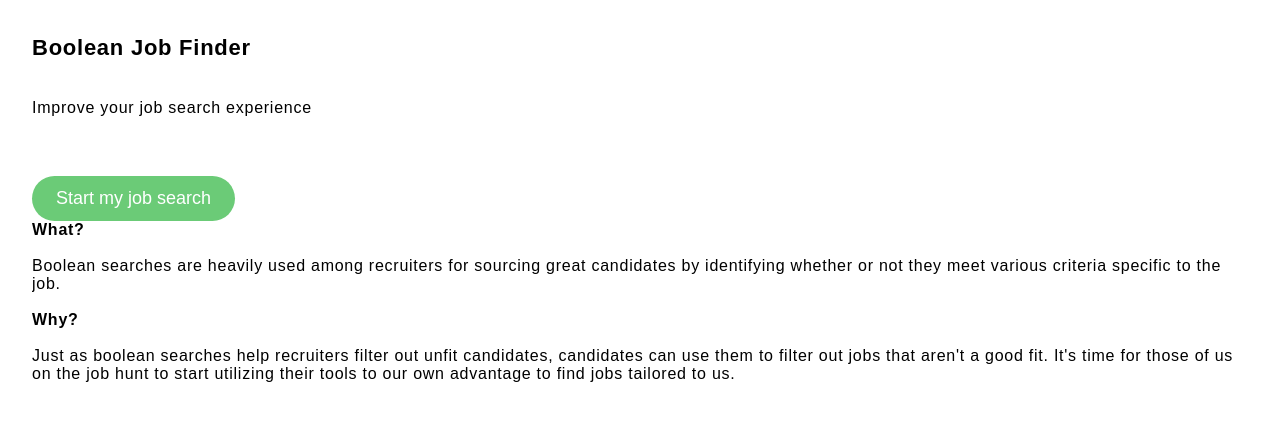
Repository: Rthompson2548/boolean-job-searcher
Page: /
An editor plug-in stored every save of this project. The page is shown before and after the next save, followed by the edit.
The browser window is 1280 px wide. The pictures show the whole page.
The project was rebuilt for these pictures with package versions that can differ from the ones it lists, and the page was loaded fresh each time.

Above is the page before, as saved 2022-04-05 14:37:07.

### public/index.html
<!DOCTYPE html>
<html lang="en">
  <head>
    <meta charset="utf-8" />
    <link rel="icon" href="%PUBLIC_URL%/favicon.ico" />
    <meta name="viewport" content="width=device-width, initial-scale=1" />
    <meta name="theme-color" content="#000000" />
    <meta
      name="description"
      content="Web site created using create-react-app"
    />
    <link rel="preconnect" href="https://fonts.googleapis.com">
    <link rel="preconnect" href="https://fonts.gstatic.com" crossorigin>
    <link href="https://fonts.googleapis.com/css2?family=Inconsolata&family=League+Spartan&display=swap" rel="stylesheet">

    <title>React App</title>
  </head>
  <body>
    <noscript>You need to enable JavaScript to run this app.</noscript>
    <div id="root"></div>
    <!--
      This HTML file is a template.
      If you open it directly in the browser, you will see an empty page.

      You can add webfonts, meta tags, or analytics to this file.
      The build step will place the bundled scripts into the <body> tag.

      To begin the development, run `npm start` or `yarn start`.
      To create a production bundle, use `npm run build` or `yarn build`.
    -->
  </body>
</html>

### src/App.js
import "./styles.css";
// import { CopyToClipboard } from "react-copy-to-clipboard";
import React, { useState, useEffect, useRef } from "react";



export default function App() {
  let searchCategories = [
    "Experience",
    "Location",
    "Tech Stack",
    "Title",
    "Technologies",
    "Company"
  ];

let defaultCategories = [
  {
    id: 1,
    name: "Experience",
    placeholders: ["Junior", "Entry", "Grad", "Student"]
  },
  {
    id: 2,
    name: "Location",
    placeholders: ["Junior", "Entry", "Grad", "Student"]
  },
  {
    id: 3,
    name: "End",
    placeholders: ["Junior", "Entry", "Grad", "Student"]
  },
  {
    id: 4,
    name: "Title",
    placeholders: ["Junior", "Entry", "Grad", "Student"]
  },
  {
    id: 5,
    name: "Technologies",
    placeholders: ["Junior", "Entry", "Grad", "Student"]
  },
  {
    id: 6,
    name: "Company Name",
    placeholders: ["Junior", "Entry", "Grad", "Student"]
  }
];


const [copyString, setCopyString] = useState("");
const [addCategory, setAddCategory] = useState(false);
const [addCategoryBtnText, setAddCategoryBtnText] = useState(
"Start my job search"
)
const [category, setCategory] = useState("");
const [categoryChosen, setCategoryChosen] = useState(false);
const [categoryOptions, setCategoryOptions] = useState(false);
const [showCategoryForm, setShowCategoryForm] = useState(false);
const [showNewCategoryButton, setShowNewCategoryButton] = useState(true);
const [showName, setShowName] = useState(false);
const [showForm, setShowForm] = useState(false);
const [showAddWordBtn, setShowAddWordBtn] = useState(false)
const [word, setWord] = useState("");
const [list, setList] = useState([]);
const [show, setShow] = useState(false);
const [finishBtn, setFinishBtn] = useState(false);
const [finished, setFinished] = useState(false);
const [result, setResult] = useState([]);
const [doneWarning, setDoneWarning] = useState(false);
const [goodbyeMessage, setGoodbyeMessage] = useState(false);


const handleNewCategory = () => {
  setCategory("");
  setAddCategoryBtnText("Add a category");
  setShowNewCategoryButton(false);
  setFinishBtn(false);
  setCategoryOptions(true);
  setCategoryChosen(false);
};



const handleCustomCategory = () => {
  setShowCategoryForm(true);
  setCategoryOptions(false);
};


const handleCategoryNameChange = event => {
  setCategory(event.target.value);
};

const submitCategory = () => {
  setAddCategory(false);
  setShowName(true);
  setShowNewCategoryButton(false);
  setShowAddWordBtn(true);
  setShowForm(true);
  setShowCategoryForm(false);
};


const handleAddWord = () => {
  setShowForm(true);
  setCategoryOptions(false);
  setCategoryChosen(true);
};


const handleCategoryClick = event => {
  setCategory(event.target.value);
  setCategoryChosen(true);
};


const handleWordChange = event => {
  setWord(event.target.value);
};


  const [noLetters, setNoLetters] = useState(false);

  const submitAsteriskWord = () => {
    if (word.length <= 1) {
      setNoLetters(true);
    } else {
      setList((prevList) => [...prevList, `"${word}*"`]);
      setWord("");
      setShow(true);
      console.log(word);
    }
  };

  const submitWord = () => {
    if (word.length <= 1) {
      setNoLetters(true);
    } else {
      setList((prevList) => [...prevList, `"${word}"`]);
      setWord("");
      setShow(true);
      console.log(word);
    }
  };

  useEffect(() => {
    setCategory(category);
  }, [category]);

  let booleanString = `(${list.join(" OR ")})`;

  const handleSubmitCategoryWords = () => {
    setShowNewCategoryButton(true);
    setShow(false);
    setShowName(false);
    setShowForm(false);
    setFinishBtn(true);
    setResult((previousResult) => [...previousResult, booleanString]);
    console.log(result.join(" AND "));
    console.log(`list: ${list}`);
    setList([]);
    console.log(`list: ${list}`);
    setCopyString(result.join(" AND "));
  };

  const handleGenerateString = () => {
    setFinished(true);
    setFinishBtn(false);
    setShowNewCategoryButton(false);
    setDoneWarning(false);
    // setGoodbyeMessage(true);
  };

const handleDone = () => {
  setDoneWarning(true);
  setFinished(false);
};


const handleConfirmFinished = () => {
  setDoneWarning(false);
  setGoodbyeMessage(true);
  setShow(false);
  setFinished(false);
};



  return (
    <div className="App">
      <div className="header">
        <h1 className="app-title">Boolean Job Finder</h1>
        <p>Improve your job search experience</p>
        <button className="start-btn" onClick={handleNewCategory}>
          {addCategoryBtnText}
        </button>

      </div>
      <div>
    </div>


      {categoryOptions === true && (
        <div>
          <div>
<p className="pick-a-category-txt">Click a category below to start</p>


            {/* iterates through array of category names and returns a button for each */}
            <div className="category-btns">
              {searchCategories.map((value, i) => (
                <button
                  id="category-btn"
                  className="category-btn"
                  key={i}
                  value={searchCategories[i]}
                  onClick={handleCategoryClick}
                >
                  {value}
                </button>
              ))}

            </div>

{
  categoryChosen === true && (
    <button className="continue-btn" onClick={handleAddWord}>
      Continue
    </button>
  )
}
          </div>
        </div>
      )}

{
  showCategoryForm === true && (
    <div>
      <label>Enter a custom category name</label>
      <input
        placeholder="Enter category name"
        onChange={handleCategoryNameChange}
        value={category}
      />

<button onClick={submitCategory}>Submit</button>;

    </div>
  )
}

      {showForm === true && (
        <div className="keyword-form">
          <h1>{category}</h1>

          <div className="keyword-form-info">
            <div>
              <label>Enter 1 or more keywords</label>
            </div>
            <input
              placeholder="Enter two or more letters..."
              value={word}
              onChange={handleWordChange}
            />
          </div>

          <div className="keyword-btns">
            <button onClick={submitWord}>Include exact keyword</button>
            <button onClick={submitAsteriskWord}>
              Include similar keywords
            </button>

          </div>


        </div>
      )}

      {show === true && (
        <div className="keyword-string">
          <h4>{booleanString}</h4>
        </div>
      )}

      {showForm === true && (
        <div>
          <button className="continue-btn" onClick={handleSubmitCategoryWords}>
            Continue
          </button>
        </div>
      )}

      {showNewCategoryButton === true && (
        // <div className="what-why">
        <div className="what-why-info">
          {/* <hr /> */}
              <h4>What?</h4>
              <p>
                Boolean searches are heavily used among recruiters for sourcing great
                candidates by identifying whether or not they meet various criteria specific
                to the job.
              </p>
              <h4>Why?</h4>
              <p>
                Just as boolean searches help recruiters filter out unfit candidates, candidates can use them to filter out jobs that aren't a good fit. It's time for those of us on the job hunt to start utilizing their tools to our own advantage to find jobs tailored to us.
          </p>

          {/* <hr /> */}
        </div>



        // </div>
      )}


      {finishBtn === true && (
        <div>
          <button className="done-btn" onClick={handleGenerateString}>
            Submit
          </button>
        </div>
      )}

      {finished === true && (
        <div className="boolean-string">
          <p value={copyString}>{result.join(" AND ")}</p>
          <button className="done-btn" onClick={handleDone}>
            Done
          </button>
        </div>
      )}

      {doneWarning === true && (
        <div className="boolean-string">
          <p>Are you sure? This cannot be undone</p>
          <button className="done-btn" onClick={handleConfirmFinished}>
            Yes, I am done
          </button>
        </div>
      )}

      {goodbyeMessage === true && (
        <div className="goodye-msg boolean-string">
<p>Goodbye!</p>;

          <button
            className="start-btn"
            onClick={() => window.location.reload(false)}
          >
            Home
          </button>
        </div>
      )}
    </div>
  );
}

### src/styles.css
* {
  margin: 0;
  padding: 0;
  /* background-color: #fff; */
  /* color: #000; */
  /* padding: 18px 0; */
}

.App {
  font-family: sans-serif;
  /* text-align: center; */
  padding: 0 32px;
  letter-spacing: 0.75px;
}

.header {
  line-height: 2rem;
  letter-spacing: 0.75px;
  padding: 32px 0 0 0;
}

img {
  width: 250px;
  height: auto;
}

button {
  /* width: 300px; */
  border-radius: 25px;
  background-color: #fff;
  color: #000;
  border: none;
  /* margin: 18px 0 0 0; */
  font-size: 18px;
}

.app-title {
  margin-bottom: 28px;
  font-size: 22px;
}

h3 {
  font-size: 22px;
}

.what-why-info {
  overflow: hidden;
  /* padding: 42px; */
}

.what-why-info p {
  margin: 18px 0 !important;
  text-align: left !important;
}

hr {
  margin-bottom: 20px;
}
.start-btn {
  background-color: #6bcb77 !important;
  color: #fff;
  font-size: 18px;
  vertical-align: middle;
  padding: 12px 24px;
  margin-top: 52px;
}

.pick-a-category-txt {
  font-size: 18px;
  margin-bottom: 12px;
}

input {
  background-color: #fff;
  font-size: 18px;
  color: #000;
  width: 260px;
  border: 1.5px solid black;
  border-radius: 25px;
}

label {
  font-size: 20px;
}

.category-btns {
  /* center the element */
  right: 0;
  left: 0;
  margin-right: auto;
  margin-left: auto;
  display: flex;
  flex-direction: column;
  align-items: center;
}

.category-btns button {
  background-color: #ff6b6b;
  color: #fff;
  padding: 12px 42px;
  width: 300px;
}

.category-buttons button:active,
button:focus {
  /* color: #fff !important;
  background-color: #FFD93D !important; */
}

.category-buttons button:visited:after {
  color: #fff !important;
  background-color: #000 !important;
}

.continue-btn {
  background-color: #4d96ff;
  color: #fff;
}

.keyword-form-info {
  margin-top: 24px;
}

.keyword-form-info input {
  padding: 10px 24px 10px 10px;
  margin-top: 16px;
}

.keyword-btns {
  display: flex;
  flex-direction: column;
  align-items: center;
  margin: 10px 0 24px 0;
}

.keyword-btns button {
  background-color: #ff6b6b;
  color: #fff;
  font-size: 18px;
}

.keyword-string {
  padding: 20px;
  font-size: 20px;
  line-height: 2rem;
}

.goodye-msg {
  /* padding-top: 25%; */
  font-size: 42px !important;
}

.goodye-msg button {
  /* background-color: #4D96FF !important; */
  /* vertical-align: middle !important; */
}

.boolean-string {
  font-size: 32px;
  font-weight: bold;
  padding-top: 10%;
}


.boolean-string button {
  background-color: #fa58bc;
  color: #fff;
}

.done-btn {
  background-color: #4d96ff !important;
  color: #fff;
  font-size: 22px;
  vertical-align: middle;
  width: 400px;
  padding: 20px 0;
  margin-top: 36px;
}

.home-btn {
  background-color: #6bcb77 !important;
}

Loaded but not shown: src/index.js (common file); src/index.css (no stored copy; drawn as an empty file)

After the next save:
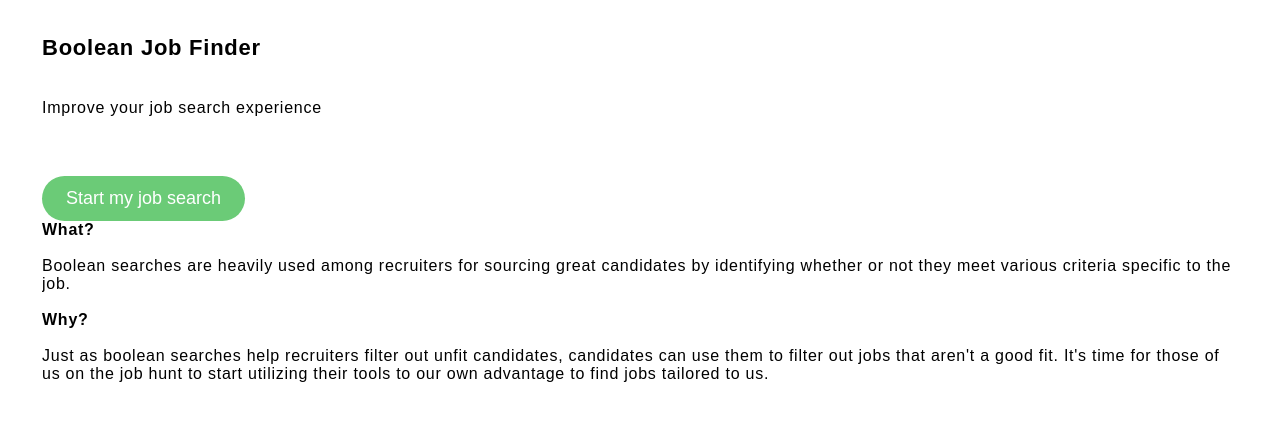
Saved 4 s later.
--- a/src/styles.css
+++ b/src/styles.css
@@ -9,7 +9,7 @@
 .App {
   font-family: sans-serif;
   /* text-align: center; */
-  padding: 0 32px;
+  padding: 0 42px;
   letter-spacing: 0.75px;
 }
 
